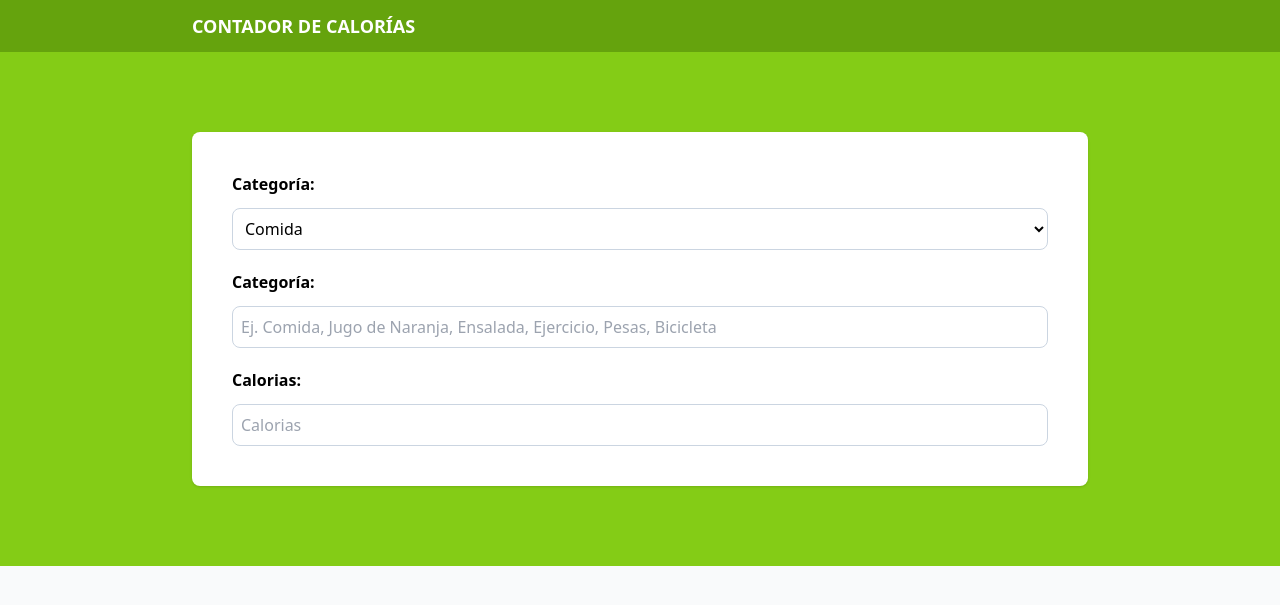
Repository: Samuel-Leal96/contador-calorias-react
Page: /
These files come from the project's save history. The page is drawn as it stood at one moment and after the next save; the edit follows.
The browser window is 1280 px wide. The pictures show the whole page.
The project was rebuilt for these pictures with package versions that can differ from the ones it lists, and the page was loaded fresh each time. Also part of the build but not shown: vite.config.ts.

Above is the page before, as saved 2025-10-25 16:00:18.

After the next save:
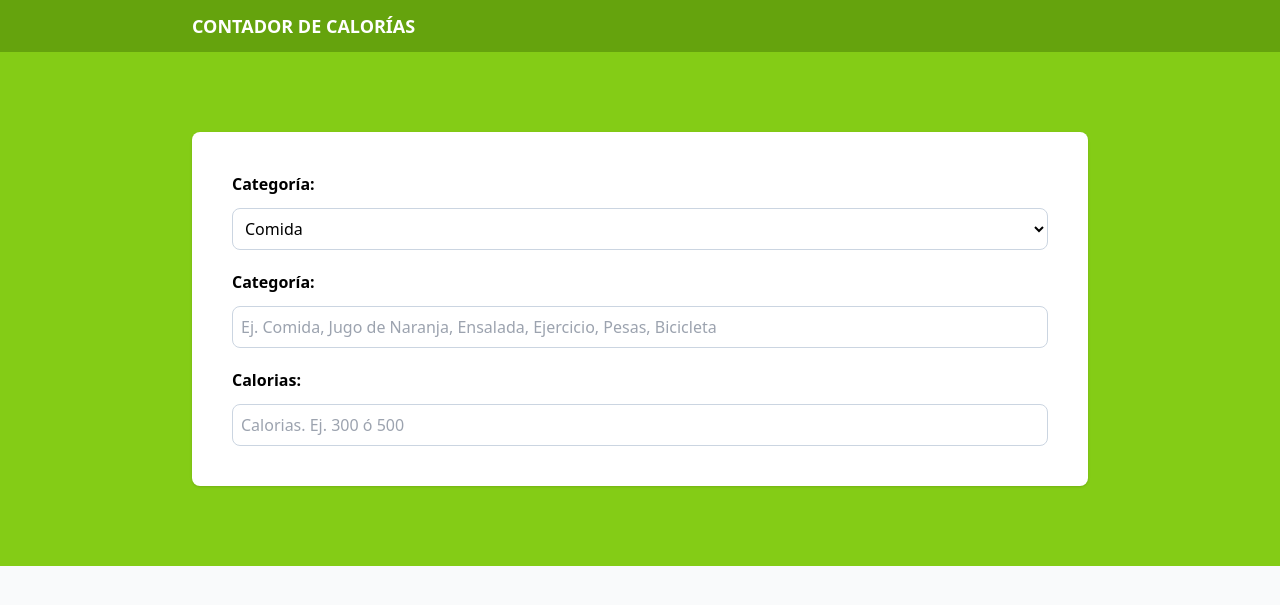
Saved 15 s later.
--- a/src/components/Form.tsx
+++ b/src/components/Form.tsx
@@ -47,7 +47,7 @@ export default function
             id="calories"
             type="number"
             className="border border-slate-300 p-2 rounded-lg"
-            placeholder="Calorias"
+            placeholder="Calorias. Ej. 300 ó 500"
           >
           </input>
 
